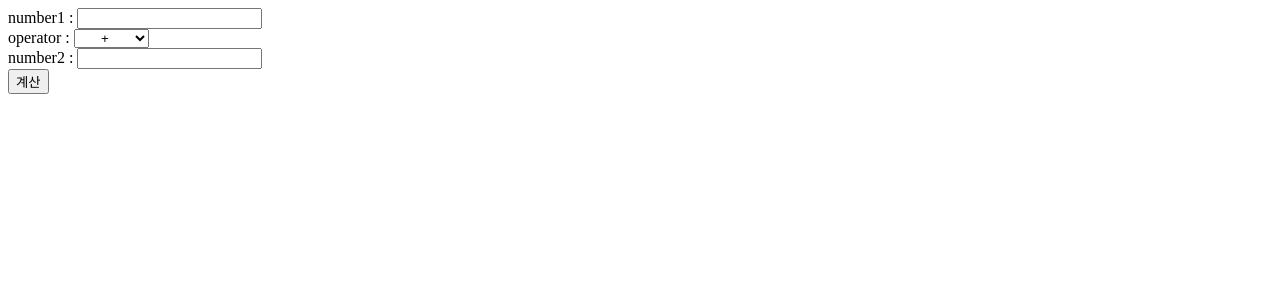
Repository: PARKJONGSUN88/multicampus_study
Page: 3-7. jsp, servletStudy Study/1. 실습/workspace2/web1/WebContent/Calc.html
These files come from the project's save history. The page is drawn as it stood at one moment and after the next save; the edit follows.
The browser window is 1280 px wide. The pictures show the whole page.

Above is the page before, as saved 2019-06-28 05:25:48.

After the next save:
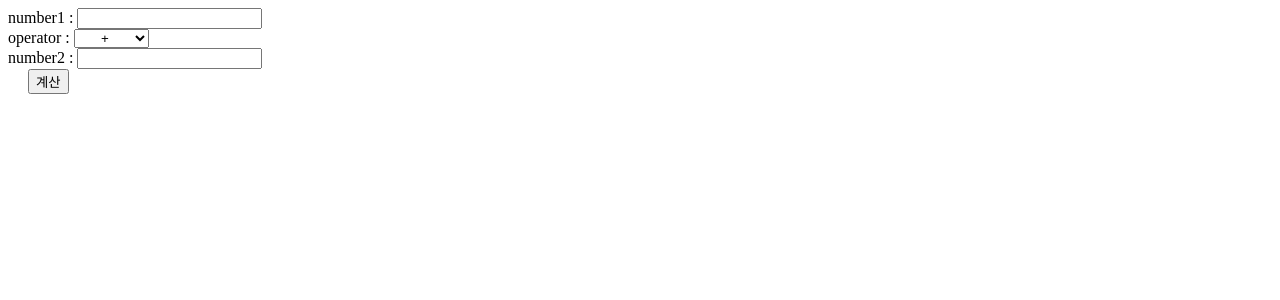
Saved 36 s later.
--- a/3-7. jsp, servletStudy Study/1. 실습/workspace2/web1/WebContent/Calc.html
+++ b/3-7. jsp, servletStudy Study/1. 실습/workspace2/web1/WebContent/Calc.html
@@ -15,6 +15,6 @@ operator :
 	<option id="div">&nbsp;&nbsp;&nbsp;&nbsp;&nbsp; / &nbsp;&nbsp;&nbsp;&nbsp;&nbsp;</option>
 </select><br>
 number2 : <input type="text" name="num2" ><br>
-<input type="submit" value="계산">
+&nbsp;&nbsp;&nbsp;&nbsp;&nbsp;<input type="submit" value="계산">
 </body>
 </html>
